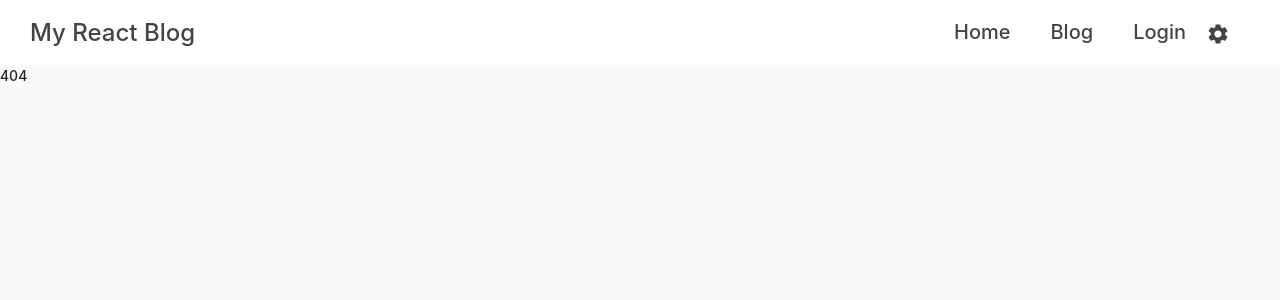
Repository: Kaycee-attah/react_blog
Page: /
These files come from the project's save history. The page is drawn as it stood at one moment and after the next save; the edit follows.
The browser window is 1280 px wide. The pictures show the whole page.
The project was rebuilt for these pictures with package versions that can differ from the ones it lists, and the page was loaded fresh each time.

Above is the page before, as saved 2021-10-09 17:57:12.

### src/index.js
import React from 'react';
import ReactDOM from 'react-dom';
import App from './App';
import reportWebVitals from './reportWebVitals';
import './assets/scss/base.scss';
import 'antd/dist/antd.css';
import "@quasar/extras/ionicons-v4/ionicons-v4.css";

ReactDOM.render(
  <React.StrictMode>
    <App />
  </React.StrictMode>,
  document.getElementById('root')
);

// If you want to start measuring performance in your app, pass a function
// to log results (for example: reportWebVitals(console.log))
// or send to an analytics endpoint. Learn more: https://bit.ly/CRA-vitals
reportWebVitals();

### src/App.js
import React, { useState, useEffect } from "react";
import Navigation from "./components/navigation";
import {BrowserRouter as Router, Switch, Route, Redirect} from 'react-router-dom';
import PageRenderer from "./page-renderer";
import {usersSelectedModeContext} from "./contexts/usersSelectedModeContext";
import {sidebarContext} from "./contexts/sidebarContext";
import { settingsContext } from "./contexts/settingsContext";
import {SwipeProvider} from "./contexts/swipeContext";

function App() {
  const [darkMode, setDarkMode] =useState(getInitialMode());
  const [menuActive, setMenuActive] = useState(false);
  const [settingsMenu, setSettingsMenu] = useState(false);
  useEffect(() => {
    localStorage.setItem('darkMode', JSON.stringify(darkMode));
    // return () => {
    //     cleanup
    // }
}, [darkMode])

function getInitialMode() {
    const savedMode = JSON.parse(localStorage.getItem('darkMode'));
    return savedMode || false;
};
  return (
    <Router>
      <div className={darkMode ? "App-darkMode" : "App-lightMode"}>
        <usersSelectedModeContext.Provider value={{darkMode, setDarkMode}}>
          <sidebarContext.Provider value={{menuActive, setMenuActive}}>
            < settingsContext.Provider value={{settingsMenu, setSettingsMenu}} >
              <SwipeProvider>
                <Navigation/>
                <Switch>
                  <Route path="/:page" component={PageRenderer} />
                  <Route path="/" render={() => <Redirect to="/home" />} />
                  <Route component={() => 404} />
                </Switch>
              </SwipeProvider>
            </settingsContext.Provider>
          </sidebarContext.Provider>
        </usersSelectedModeContext.Provider>
      </div>
    </Router>

  );
}

export default App;

### src/assets/scss/base.scss
 @import './_variables';
 @import './_navigation';

 .App-darkMode {
    background-color: #1b2938;
 };

 .App-darkMode nav{
    background-color: #1b2938;
 };

 .App-darkMode nav .settings-dropDown-Menu-Card-true .settings-dropDown-Menu{
    background-color: #1b2938;
 };

 @media screen and (max-width: 900px) {
   .App-darkMode nav .menu-content-container {
      background-color: #1b2938;
   }
 }

 html body{
     font-family: -apple-system, BlinkMacSystemFont, 'Segoe UI', Roboto, Oxygen, Ubuntu, Cantarell, 'Open Sans', 'Helvetica Neue', sans-serif;
     font-weight: 500;
     margin: 0;
     background-color: $body-background-color;
 };

### src/components/navigation.js
import React, { useContext } from "react";
import { IoIosMenu } from "react-icons/io"
import { Sidebar } from "./Sidebar";
import { sidebarContext } from "../contexts/sidebarContext";
import { useSwipe } from "../contexts/swipeContext";
import { AiOutlineMore } from "react-icons/ai";
import { MdOutlineMenuOpen } from "react-icons/md";
import { settingsContext } from "../contexts/settingsContext";
import { Avatar } from 'antd';
import { UserOutlined } from '@ant-design/icons';
import { MdLightMode, MdNightlight } from "react-icons/md";
import { usersSelectedModeContext } from "../contexts/usersSelectedModeContext";

export default function Navigation(){
    const {menuActive, setMenuActive} = useContext(sidebarContext);
    const {settingsMenu, setSettingsMenu} = useContext(settingsContext);
    const {darkMode, setDarkMode} = useContext(usersSelectedModeContext);
    const { handleTouchStart } = useSwipe();
    const { handleTouchEnd } = useSwipe();
    const { handleTouchMove } = useSwipe();

    function handleMore() {
        setSettingsMenu(!settingsMenu);
    };
    return(

        <nav onTouchStart={handleTouchStart} onTouchEnd={handleTouchEnd} onTouchMove={handleTouchMove} className='Blog-Navigation'>
            <span onClick={() => setMenuActive(!menuActive)} className={`menu-icon ${!menuActive && 'active'}`}>
                <IoIosMenu style={{display: !menuActive ? "flex" : "none"}}/>
                <MdOutlineMenuOpen style={{display: menuActive ? "flex" : "none"}}/>
            </span>
            <span className="menu-title">My React Blog</span>
            <span className={`more-icon`} onClick={handleMore}>
                <AiOutlineMore />
            </span>
            <div className={`more-icon-dropDown-Menu-Card-${settingsMenu}`}>
                        <div className="more-icon-dropDown-Menu">
                            <div className="users-avatar">
                                <Avatar icon={<UserOutlined />} size={38}/>
                                <span className="users-avatar-name">Attah Kelechi</span>
                            </div>
                            <div className="toggle-mode-wrapper">
                                <div className="toggle-mode-container">
                                    <MdLightMode />
                                    <label>
                                        <input checked={darkMode} type="checkbox"/>
                                        <span onClick={() => setDarkMode(prevMode => !prevMode)} className="check"></span>
                                    </label>
                                    <MdNightlight />
                                </div>
                            </div>
                        </div>
                    </div>
            <Sidebar />
        </nav>
    )
}

### src/page-renderer.js
import React from 'react';
import { useRouteMatch } from 'react-router-dom';

const generatePage = page => {
    const component = () => require(`./pages/${page}`).default

/*---------            this generates each page dynamically         ---------*/
    try {
        return React.createElement(component())
    } catch (error) {
        console.warn(error);
 /*---------            this creates the 404 page seen         ---------*/
        return React.createElement(() => 404)
    }
}

export default function PageRenderer() {

    const {
        params: { page }
    } = useRouteMatch()

    return generatePage(page)
}

### src/contexts/usersSelectedModeContext.js
import { createContext } from "react";

export const usersSelectedModeContext = createContext(null);

### src/contexts/sidebarContext.js
import { createContext } from "react";

export const sidebarContext = createContext(false);

### src/contexts/settingsContext.js
import { createContext } from "react";

export const settingsContext = createContext(null);

### src/contexts/swipeContext.js
import React, { useContext, useState } from 'react';
import { sidebarContext } from './sidebarContext';

const SwipeAbleContext = React.createContext();

export function useSwipe() {
    return useContext(SwipeAbleContext);
}

export function SwipeProvider({ children }) {
    const {menuActive, setMenuActive} = useContext(sidebarContext);
    const [touchStart, setTouchStart] = useState(0);
    const [touchEnd, setTouchEnd] = useState(0);

    function handleTouchStart(e) {
        setTouchStart(e.targetTouches[0].clientX)
    };

    function handleTouchMove(e) {
        setTouchEnd(e.targetTouches[0].clientX)
    };

    function handleTouchEnd() {
        if(touchStart - touchEnd > 150 && menuActive) {
            setMenuActive(false)

        }

        if(touchStart - touchEnd < -150 && !menuActive) {
            setMenuActive(true);

        }
    }


    const value = {
        handleTouchStart,
        handleTouchEnd,
        handleTouchMove
    }

    return (
        <SwipeAbleContext.Provider value={value}>
            {children}
        </SwipeAbleContext.Provider>
    )
}

### src/assets/scss/_variables.scss
/*      ----------      all colors for different points in the appliation(normal screen size eg laptops)      -----------------------------------------      */
$body-background-color: #f8f9fa;
$input-type-checkbox-Checked: #f8f8f8;
$navigation-link-color-onHover: #2997ff;
$navigation-link-color: #444;
$navigation-background-color: white;
$settings-dropDown-Menu-Card-backGroundColor: #f8f8f8;
$settings-dropDown-Menu-backGroundColor: white;
$toggle-checkbox-darkMode-backgroundColor: #092c3e;
$toggle-checkbox-lightMode-backgroundColor: #f8f8f8;
$toggle-checkbox-lightMode-check-before-backgroundColor: #f8f8f8;
$toggle-checkbox-darkMode-check-after-backgroundColor: #092c3e;

/*      ----------      all colors for different points in the appliation(smaller screen sizes eg mobile devies, tablets)      -----------------------------------------      */
$sideBar-backgroundColor: white;

### src/assets/scss/_navigation.scss
.Blog-Navigation {
    height: 65px;
    width: 100%;
    background: $navigation-background-color;
    display: flex;
    justify-content: space-between;
    color: $navigation-link-color;

    .more-icon {
        display: none;
    };

    .more-icon-dropDown-Menu-Card-true {
        display: none;
    };

    .more-icon-dropDown-Menu-Card-false {
        display: none;
    }

    .menu-title {
        font-size: 24px;
        font-weight: 500;
        display: flex;
        align-items: center;
        margin-left: 30px;
    };

    .menu-content-container {
        display: flex;
        align-items: center;
        padding-right: 30px;
        ul {
            height: 100%;
            margin-block-start: 0;
            margin-block-end: 0;
            padding-inline-start: 0;
            display: flex;
            align-items: center;
            list-style-type: none;
            padding-right: 20px;

            a {
                text-decoration: none;
                padding: 0 20px 0 20px;
                font-size: 20px;
                color: $navigation-link-color;

                &:hover {
                    color: $navigation-link-color-onHover;
                };

            };

            .settings-icon {
                margin-top: 10px;
                font-size: 24px;
                font-weight: 500;
                position: relative;
            };

            .settings-dropDown-Menu-Card-true {
                background-color: $settings-dropDown-Menu-Card-backGroundColor;
                position: absolute;
                display: flex;
                justify-content: center;
                align-items: center;
                height: 150px;
                width: 20%;
                right: 1%;
                top: 65px;
                border-radius: 7px;


                .settings-dropDown-Menu {
                    background-color: $settings-dropDown-Menu-backGroundColor;
                    height: 84%;
                    width: 94%;
                    display: flex;
                    flex-direction: column;
                    justify-content: space-around;
                    align-items: center;
                    border-radius: 7px;
                    box-sizing: border-box;
                    box-shadow: 0 9px 12px rgba(0, 0, 0, 0.16), 0 3px 6px rgba(0, 0, 0, 0.23);

                    .users-avatar {
                        padding-top: 8px;
                        display: flex;
                        flex-direction: column;
                        justify-content: space-around;
                        align-items: center;
                        height: 60%;
                        width: 100%;

                        .ant-avatar {
                            border: 1px solid
                        };
                        .ant-avatar-icon {
                            margin: 0;

                            .anticon {
                                margin: 3.3px
                            }
                        }
                        .users-avatar-name {
                            font-size: 16.5px
                        };
                    };

                    .toggle-mode-wrapper {
                        height: 100%;
                        width: 100%;
                        display: flex;
                        justify-content: center;
                        align-items: center;

                        .toggle-mode-container {
                            height: 100%;
                            width: 80%;
                            display: flex;
                            flex-direction: row;
                            justify-content: space-around;
                            align-items: center;
                            border-top: 3px solid #f5f2f2;
                            padding-top: 4px;

                            input[type="checkbox"] {
                                -webkit-appearance: none;
                                visibility: hidden;
                                display: none;
                            };

                            .check {
                                position: relative;
                                display: block;
                                width: 40px;
                                height: 20px;
                                background: $toggle-checkbox-darkMode-backgroundColor;
                                cursor: pointer;
                                border-radius: 20px;
                                overflow: hidden;
                                transition: ease-in 0.5s
                            };

                            input[type="checkbox"]:checked ~ .check {
                                background: $input-type-checkbox-Checked;
                            };

                            .check:before {
                                content: "";
                                position: absolute;
                                top: 2px;
                                left: 2px;
                                background: $toggle-checkbox-lightMode-check-before-backgroundColor;
                                width: 16px;
                                height: 16px;
                                border-radius: 50%;
                                transition: 0.5s
                            };

                            input[type="checkbox"]:checked ~ .check:before {
                                transform: translateX(20px)
                            };

                            .check::after {
                                content: "";
                                position: absolute;
                                top: 2px;
                                left: 2px;
                                background: $toggle-checkbox-darkMode-check-after-backgroundColor;
                                width: 16px;
                                height: 16px;
                                border-radius: 50%;
                                transition: 0.5s;
                                transform: translateX(-20px)
                            };

                            input[type="checkbox"]:checked ~ .check::after {
                                transform: translateX(20px)
                            }
                        };
                    };
                };
            };

            .settings-dropDown-Menu-Card-false {
                display: none;
            };
        };
    };

    .menu-icon {
        margin-top: 10px;
        font-size: 33px;
        display: none;
        cursor: pointer
    };

};

@media screen and (max-width: 900px) {
    .Blog-Navigation {
        // position: relative;

        .menu-icon {
            display: flex;
                margin-left: 10px;
                margin-top: 0;
                justify-content: flex-end;
                align-items: center;
                position: relative;

            // &.active {
            //     display: flex;
            //     margin-left: 10px;
            //     margin-top: 0;
            //     justify-content: flex-end;
            //     align-items: center;

            // };
        };

        .menu-title {
            margin-left: 0;


        };
        .more-icon {
            display: flex;
            font-size: 32px;
            justify-content: center;
            align-items: center;
            margin-right: 10px;
            position: relative;
            cursor: pointer;
        };

        .more-icon-dropDown-Menu-Card-true {
            background-color: $settings-dropDown-Menu-Card-backGroundColor;
            position: absolute;
            display: flex;
            justify-content: center;
            align-items: center;
            height: 150px;
            width: 50%;
            right: 1%;
            top: 65px;
            border-radius: 7px;


            .more-icon-dropDown-Menu {
                background-color: $settings-dropDown-Menu-backGroundColor;
                height: 84%;
                width: 94%;
                display: flex;
                flex-direction: column;
                justify-content: space-around;
                align-items: center;
                border-radius: 7px;
                box-sizing: border-box;
                box-shadow: 0 9px 12px rgba(0, 0, 0, 0.16), 0 3px 6px rgba(0, 0, 0, 0.23);

                .users-avatar {
                    padding-top: 8px;
                    display: flex;
                    flex-direction: column;
                    justify-content: space-around;
                    align-items: center;
                    height: 60%;
                    width: 100%;

                    .ant-avatar {
                        border: 1px solid
                    };
                    .ant-avatar-icon {
                        margin: 0;

                        .anticon {
                            margin: 3.3px
                        }
                    }
                    .users-avatar-name {
                        font-size: 16.5px
                    };
                };

                .toggle-mode-wrapper {
                    height: 100%;
                    width: 100%;
                    display: flex;
                    justify-content: center;
                    align-items: center;

                    .toggle-mode-container {
                        height: 100%;
                        width: 80%;
                        display: flex;
                        flex-direction: row;
                        justify-content: space-around;
                        align-items: center;
                        border-top: 3px solid #f5f2f2;
                        padding-top: 4px;

                        input[type="checkbox"] {
                            -webkit-appearance: none;
                            visibility: hidden;
                            display: none;
                        };

                        .check {
                            position: relative;
                            display: block;
                            width: 40px;
                            height: 20px;
                            background: $toggle-checkbox-darkMode-backgroundColor;
                            cursor: pointer;
                            border-radius: 20px;
                            overflow: hidden;
                            transition: ease-in 0.5s
                        };

                        input[type="checkbox"]:checked ~ .check {
                            background: $input-type-checkbox-Checked;
                        };

                        .check:before {
                            content: "";
                            position: absolute;
                            top: 2px;
                            left: 2px;
                            background: $toggle-checkbox-lightMode-check-before-backgroundColor;
                            width: 16px;
                            height: 16px;
                            border-radius: 50%;
                            transition: 0.5s
                        };

                        input[type="checkbox"]:checked ~ .check:before {
                            transform: translateX(20px)
                        };

                        .check::after {
                            content: "";
                            position: absolute;
                            top: 2px;
                            left: 2px;
                            background: $toggle-checkbox-darkMode-check-after-backgroundColor;
                            width: 16px;
                            height: 16px;
                            border-radius: 50%;
                            transition: 0.5s;
                            transform: translateX(-20px)
                        };

                        input[type="checkbox"]:checked ~ .check::after {
                            transform: translateX(20px)
                        }
                    };
                };
            };
        };

        .more-icon-dropDown-Menu-Card-false {
            display: none;
        };

        .menu-content-container {
            width: 300px;
            height: calc(100% - 65px);
            background: $sideBar-backgroundColor;
            position: absolute;
            top: 65px;
            left: -300px;
            transition: 300ms ease left;
            flex-direction: column-reverse;
            padding: 0;

            &.active {
                left: 0px;
            };

            li {
                height: 65px;
                display: flex;
                align-items: center;
                justify-content: center;

                a {
                    width: 100%;
                    padding: 0;
                    display: flex;
                align-items: center;
                justify-content: center;

                };
            }

            ul {
                flex-direction: column;
                justify-content: flex-start;
                padding: 30px 0 0 0;


                .settings-icon {
                    display: none;
                };

                .settings-dropDown-Menu-Card-true {
                    display: none;
                };

                .settings-dropDown-Menu-Card-false {
                    display: none;
                };
            };

            ul,li{
                width: 100%;
            }

        };
    };
};

@media screen and (max-width: 400px) {
    .Blog-Navigation {

        .more-icon-dropDown-Menu-Card-true {
            width: 80%;
        };

        .menu-content-container {
            width: 230px;
        }
    };
};

### src/components/Sidebar.js
import React,{ useContext } from 'react';
import { Link } from "react-router-dom";
import { Avatar } from 'antd';
import { UserOutlined } from '@ant-design/icons';
import { MdLightMode, MdNightlight, MdSettings } from "react-icons/md";
import { usersSelectedModeContext } from "../contexts/usersSelectedModeContext";
import {sidebarContext} from "../contexts/sidebarContext";
import { settingsContext } from '../contexts/settingsContext';

const navigation_links = [
    {
        title: 'Home',
        path: './'
    },
    {
        title: 'Blog',
        path: './blog'
    },
    {
        title: 'Login',
        path: './login'
    }
]

export function Sidebar() {
    const {settingsMenu, setSettingsMenu} = useContext(settingsContext);
    const {darkMode, setDarkMode} = useContext(usersSelectedModeContext);
    const {menuActive} = useContext(sidebarContext);

    // const handleClick = useCallback((e) => {
    //     if (node1.current.contains(e.target)) {
    //         setMenuActive(true);
    //     };
    //   },[setMenuActive]);

    // useEffect(() => {
    //     // add when mounted
    //     document.addEventListener("touchstart", handleClick);
    //     // return function to be called when unmounted
    //     return () => {
    //       document.removeEventListener("touchend", handleClick);
    //     };
    //   }, [handleClick]);

    function handleSettings() {
        setSettingsMenu(!settingsMenu);
    };
    return (
        <div className={`menu-content-container ${menuActive && 'active'}`}>
                <ul>
                    {
                        navigation_links.map((link, index) => (
                            <li key={index}>
                                <Link to={link.path}>{link.title}</Link>
                            </li>
                        ))
                    }
                    <span className="settings-icon" onClick={handleSettings}>
                        <MdSettings />

                    </span>
                    <div className={`settings-dropDown-Menu-Card-${settingsMenu}`}>
                        <div className="settings-dropDown-Menu">
                            <div className="users-avatar">
                                <Avatar icon={<UserOutlined />} size={38}/>
                                <span className="users-avatar-name">Attah Kelechi</span>
                            </div>
                            <div className="toggle-mode-wrapper">
                                <div className="toggle-mode-container">
                                    <MdLightMode />
                                    <label>
                                        <input checked={darkMode} type="checkbox"/>
                                        <span onClick={() => setDarkMode(prevMode => !prevMode)} className="check"></span>
                                    </label>
                                    <MdNightlight />
                                </div>
                            </div>
                        </div>
                    </div>
                </ul>
            </div>
    )
}

Loaded but not shown: src/reportWebVitals.js (common file)

After the next save:
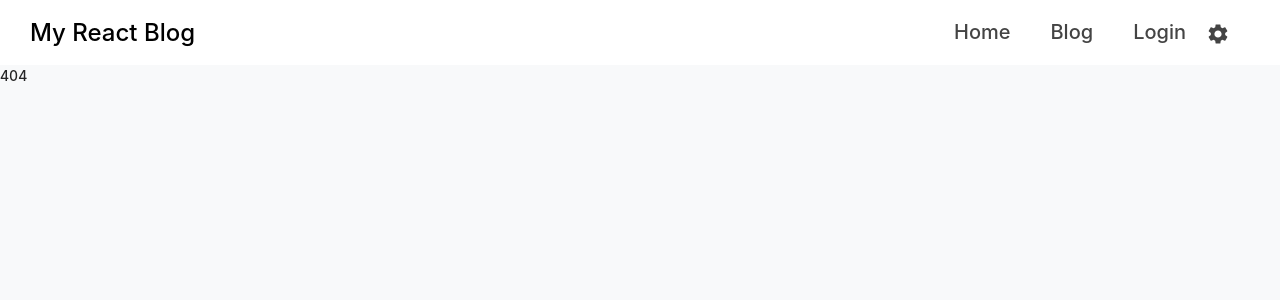
Saved 6 min 29 s later.
--- a/src/assets/scss/_navigation.scss
+++ b/src/assets/scss/_navigation.scss
@@ -24,6 +24,7 @@
         display: flex;
         align-items: center;
         margin-left: 30px;
+        color: #000;
     };
 
     .menu-content-container {
